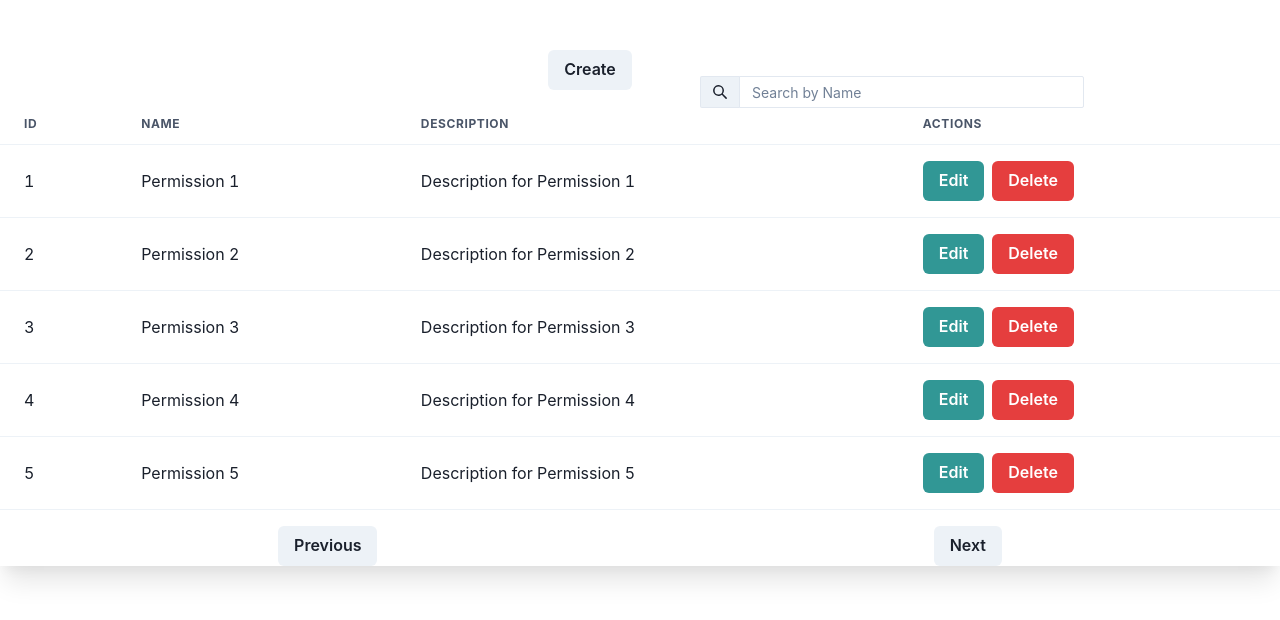
Repository: Andarg01/chakra-dashboard
Page: /
An editor plug-in stored every save of this project. The page is shown before and after the next save, followed by the edit.
The browser window is 1280 px wide. The pictures show the whole page.
The project was rebuilt for these pictures with package versions that can differ from the ones it lists, and the page was loaded fresh each time.

Above is the page before, as saved 2024-03-05 01:27:19.

### src/index.tsx
import React from 'react';
import ReactDOM from 'react-dom/client';
import './index.css';
import App from './App';

import { ChakraProvider } from '@chakra-ui/react';


const root = ReactDOM.createRoot(
  document.getElementById('root') as HTMLElement
);
root.render(

  <React.StrictMode>
  <ChakraProvider>
    <App />
    </ChakraProvider>
  </React.StrictMode>

);

### src/App.tsx
import React from 'react';

import './App.css';
import PermissionPage from './PermissionPage';

function App() {
  return (
    <div className="App">
     {/* <ProductPages/> */}
     <PermissionPage/>

    </div>
  );
}

export default App;

### src/PermissionPage.tsx



import React, { useState } from 'react';
import {
  Box,
  Button,
  Table,
  Tbody,
  Td,
  Th,
  Thead,
  Tr,
  useDisclosure,
  Modal,
  ModalOverlay,
  ModalContent,
  ModalHeader,
  ModalFooter,
  ModalBody,
  ModalCloseButton,
  Input,
  FormControl,
  FormLabel,
  Stack,
  InputLeftAddon,
  IconButton,
  InputGroup,
  InputLeftElement
} from '@chakra-ui/react';
// Importing SearchIcon from Chakra UI
import { SearchIcon } from '@chakra-ui/icons';

interface Permission {
  id: number;
  name: string;
  description: string;
}

const PermissionPage: React.FC = () => {
  const [permissions, setPermissions] = useState<Permission[]>([
    { id: 1, name: 'Permission 1', description: 'Description for Permission 1' },
    { id: 2, name: 'Permission 2', description: 'Description for Permission 2' },
    { id: 3, name: 'Permission 3', description: 'Description for Permission 3' },
    { id: 4, name: 'Permission 4', description: 'Description for Permission 4' },
    { id: 5, name: 'Permission 5', description: 'Description for Permission 5' },
    { id: 6, name: 'Permission 6', description: 'Description for Permission 6' },
    { id: 7, name: 'Permission 7', description: 'Description for Permission 7' },
    { id: 8, name: 'Permission 8', description: 'Description for Permission 8' },
    { id: 9, name: 'Permission 9', description: 'Description for Permission 9' },
    { id: 10, name: 'Permission 10', description: 'Description for Permission 10' },
  ]);
  const [currentPage, setCurrentPage] = useState(1);
  const [pageSize] = useState(5); // Change this as per your requirement
  const [newPermission, setNewPermission] = useState<Permission>({ id: 0, name: '', description: '' });
  const [nameFilter, setNameFilter] = useState('');

  // Modal state
  const { isOpen, onOpen, onClose } = useDisclosure();
  const [deleteId, setDeleteId] = useState<number | null>(null);



  const handleSearchByName = (event: React.ChangeEvent<HTMLInputElement>) => {
    setNameFilter(event.target.value);
    setCurrentPage(1);
  };

  // Apply the name filter to the displayed permissions
  const filteredPermissions = permissions.filter(permission =>
    permission.name.toLowerCase().includes(nameFilter.toLowerCase())
  );
  // CRUD functions
  const handleCreate = () => {
    setNewPermission({ id: 0, name: '', description: '' });
    onOpen();
  };

  const handleSave = () => {
    // Logic to save or update permission
    if (newPermission.id === 0) {
      // Create new permission
      const updatedPermissions = [...permissions, { ...newPermission, id: permissions.length + 1 }];
      setPermissions(updatedPermissions);
    } else {
      // Update existing permission
      const updatedPermissions = permissions.map(permission =>
        permission.id === newPermission.id ? newPermission : permission
      );
      setPermissions(updatedPermissions);
    }
    onClose();
  };

  const handleEdit = (id: number) => {
    // Find permission with given ID
    const permissionToEdit = permissions.find(permission => permission.id === id);
    if (permissionToEdit) {
      setNewPermission(permissionToEdit);
      onOpen();
    }
  };

  const handleDelete = (id: number) => {
    // Show confirmation modal
    setDeleteId(id);
    onOpen();
  };

  const handleConfirmDelete = () => {
    // Logic to delete permission with given ID
    const updatedPermissions = permissions.filter(permission => permission.id !== deleteId);
    setPermissions(updatedPermissions);
    onClose();
  };

  // Pagination functions
  const totalPages = Math.ceil(permissions.length / pageSize);
  const lastIndex = currentPage * pageSize;
  const firstIndex = lastIndex - pageSize;
  const currentPermissions = permissions.slice(firstIndex, lastIndex);

  const nextPage = () => {
    if (currentPage < totalPages) {
      setCurrentPage(currentPage + 1);
    }
  };

  const prevPage = () => {
    if (currentPage > 1) {
      setCurrentPage(currentPage - 1);
    }
  };

  return (
    <Box boxShadow="xl">
        <Button onClick={handleCreate} mb={4} position="relative" top="50px " right="50px">
        Create
      </Button>

      <Stack  spacing={4} mb={4} align="center" width='sm' position="relative" left="700px" top="20px">

        <InputGroup size="sm" ml="auto"> {/* ml="auto" pushes it to the right corner */}
          <InputLeftAddon children={<SearchIcon />} />
          <Input placeholder="Search by Name" value={nameFilter} onChange={handleSearchByName} />
        </InputGroup>
      </Stack>

      <Table variant="simple">
        <Thead>
          <Tr>
            <Th>ID</Th>
            <Th>Name</Th>
            <Th>Description</Th>
            <Th>Actions</Th>
          </Tr>
        </Thead>
        <Tbody>
          {currentPermissions.map(permission => (
            <Tr key={permission.id}>
              <Td>{permission.id}</Td>
              <Td>{permission.name}</Td>
              <Td>{permission.description}</Td>
              <Td>
                <Button colorScheme="teal" onClick={() => handleEdit(permission.id)}>Edit</Button>
                <Button colorScheme="red" ml={2} onClick={() => handleDelete(permission.id)}>Delete</Button>
              </Td>
            </Tr>
          ))}
        </Tbody>
      </Table>
      <Box mt={4} display="flex" justifyContent="space-around" alignItems="center">


          <Button disabled={currentPage === 1} onClick={prevPage}>Previous</Button>
          <Button disabled={currentPage === totalPages} onClick={nextPage}>Next</Button>

      </Box>
      {/* Delete Confirmation Modal */}
      <Modal isOpen={isOpen} onClose={onClose}>
        <ModalOverlay />
        <ModalContent>
          <ModalHeader>Confirm Delete</ModalHeader>
          <ModalCloseButton />
          <ModalBody>Are you sure you want to delete this permission?</ModalBody>
          <ModalFooter>
            <Button colorScheme="red" onClick={handleConfirmDelete}>Yes</Button>
            <Button onClick={onClose}>No</Button>
          </ModalFooter>
        </ModalContent>
      </Modal>
      {/* Create/Edit Permission Modal */}
      <Modal isOpen={isOpen} onClose={onClose}>
        <ModalOverlay />
        <ModalContent>
          <ModalHeader>{newPermission.id === 0 ? 'Create' : 'Edit'} Permission</ModalHeader>
          <ModalCloseButton />
          <ModalBody>
            <FormControl>
              <FormLabel>Name</FormLabel>
              <Input value={newPermission.name} onChange={(e) => setNewPermission({ ...newPermission, name: e.target.value })} />
            </FormControl>
            <FormControl mt={4}>
              <FormLabel>Description</FormLabel>
              <Input value={newPermission.description} onChange={(e) => setNewPermission({ ...newPermission, description: e.target.value })} />
            </FormControl>
          </ModalBody>
          <ModalFooter>
            <Button colorScheme="blue" onClick={handleSave}>Save</Button>
            <Button onClick={onClose}>Cancel</Button>
          </ModalFooter>
        </ModalContent>
      </Modal>
    </Box>
  );
};

export default PermissionPage;

Loaded but not shown: public/index.html (common file); src/index.css (common file); src/App.css (common file)

After the next save:
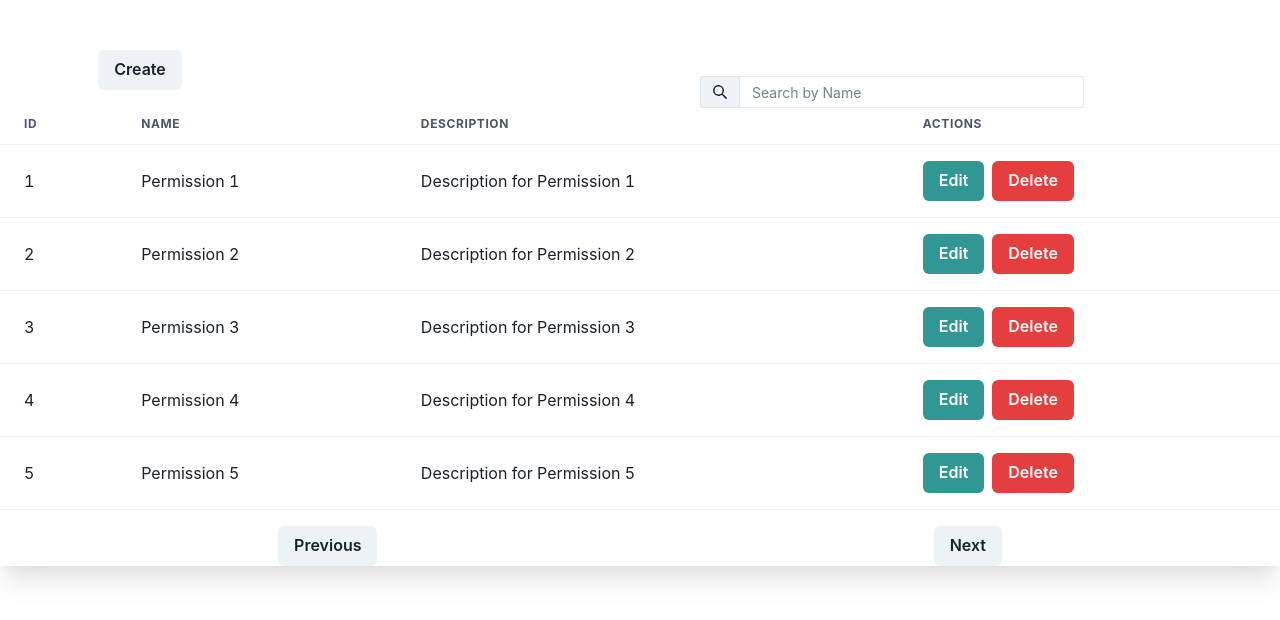
Saved 12 s later.
--- a/src/PermissionPage.tsx
+++ b/src/PermissionPage.tsx
@@ -134,7 +134,7 @@ const PermissionPage: React.FC = () => {
 
   return (
     <Box boxShadow="xl">
-        <Button onClick={handleCreate} mb={4} position="relative" top="50px " right="50px">
+        <Button onClick={handleCreate} mb={4} position="relative" top="50px " right="500px">
         Create
       </Button>
 
